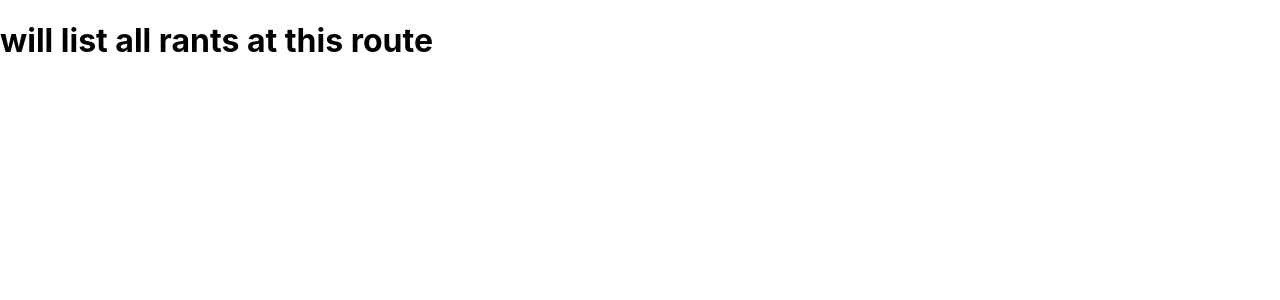
Repository: mergemaven11/Crud_Nextjs
Page: /rant-board
These files come from the project's save history. The page is drawn as it stood at one moment and after a run of saves; the edit follows.
The browser window is 1280 px wide. The pictures show the whole page.
The project was rebuilt for these pictures with package versions that can differ from the ones it lists, and the page was loaded fresh each time. The framework's server and built-in components were replaced by stand-ins that run in the browser.

Above is the page before, as saved 2020-10-22 18:41:59.

### pages/rant-board/index.jsx
import React from 'react'

export default () => <h1>will list all rants at this route</h1>

Loaded but not shown: pages/_app.jsx (common file); styles/globals.css (common file)

After the next 2 saves:
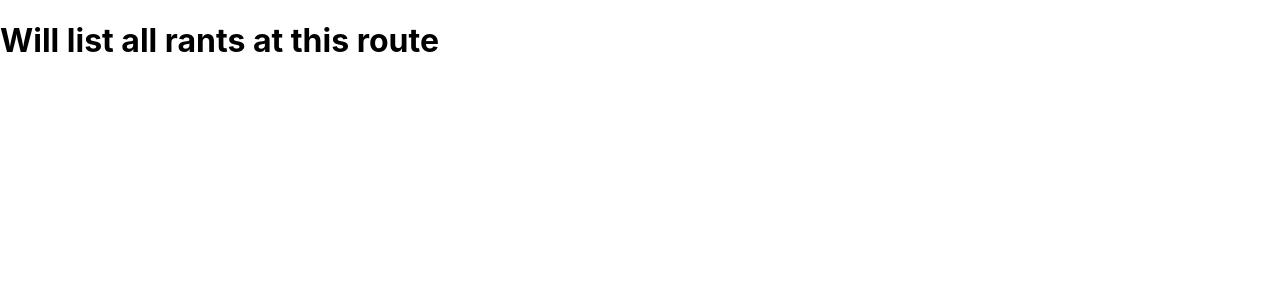
The 2 saves are shown as one change because they came seconds apart.
The last was saved 7 s later.
--- a/pages/rant-board/index.jsx
+++ b/pages/rant-board/index.jsx
@@ -1,3 +1,3 @@
 import React from 'react'
 
-export default () => <h1>will list all rants at this route</h1>
+export default () => <h1> Will list all rants at this route</h1>
